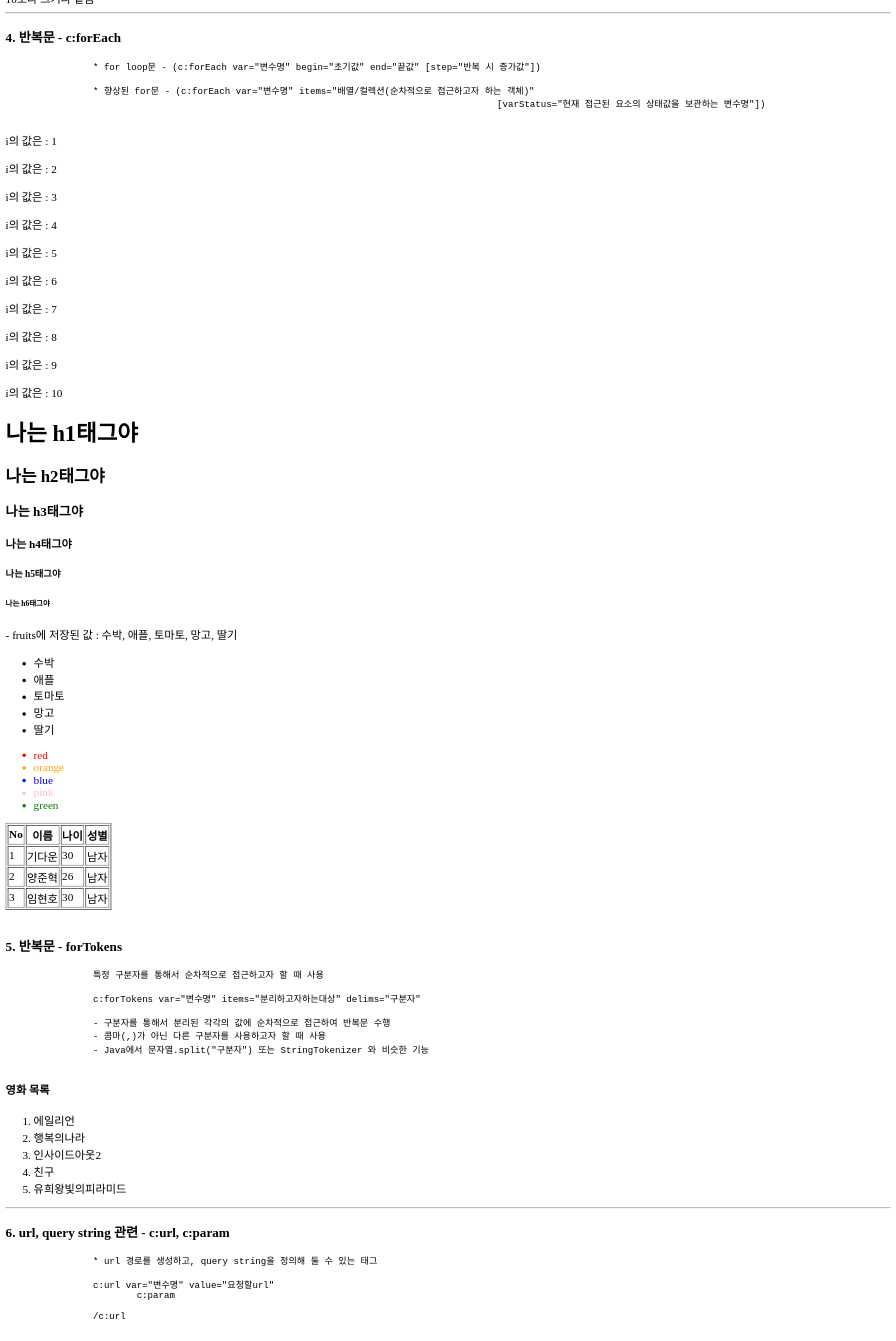
Repository: Developer-Choi-Jae-Young/ServletPractice
Page: http://localhost/3_elAction/views/3_Custom_Action/01_core.jsp
An editor plug-in stored every save of this project. The page is shown before and after the next save, followed by the edit.
The browser window is 1280 px wide. The pictures show the part of the page from y = 1202 to 3122 px (the page is 3118 px tall before and 3122 px after), at 70% of full size.
The page is served by Tomcat 9. Other server files are loaded and not shown.

Above is the page before, as saved 2024-08-27 06:37:32.

### 3_elAction/src/main/webapp/views/3_Custom_Action/01_core.jsp
<%@page import="java.util.ArrayList"%>
<%@page import="com.kh.model.vo.Person"%>
<%@ page language="java" contentType="text/html; charset=UTF-8"
    pageEncoding="UTF-8"%>
<%@ taglib prefix="c" uri="http://java.sun.com/jsp/jstl/core" %>
<!DOCTYPE html>
<html>
<head>
<meta charset="UTF-8">
<title>Custom Action Tag - Core</title>
</head>
<body>
	<h1>JSTL Core Library</h1>

	<h3>1. 변수</h3>
	<pre>
		* 변수 선언과 동시에 초기화 (c:set var="변수명" value="값" [scope="저장객체"])
			- 변수 선언하고 초기화까지의 기능을 제공
			- 해당 변수의 저장된 값을 어떤 scope에 setAttribute를 통해서 담아둘 지 결정
			=> c:set 으로 선언한 변수는 반드시 EL로 접근해야 함!
	</pre>

	<%-- num1 이라는 변수에 10이라는 값을 저장 --%>
	<c:set var="num1" value="10"/> <!-- pageScope.setAttribute("num1", 10) -->

	<%-- request 영역에 num2라는 변수에 20이라는 값을 저장 --%>
	<c:set var="num2" value="20" scope="request"/>

	<p>num1 : ${ num1 }</p>
	<p>num2 : ${ num2 }</p>

	<%-- num1과 num2의 합을 저장한 addNum이라는 변수를 session 영역에 저장 --%>
	<c:set var="addNum" value="${ num1 + num2 }" scope="session"/>

	<p>addNum : ${ addNum }</p>

	<%-- value 속성 대신 시작태그와 종료태그 사이에 초기값 지정 가능 --%>
	<c:set var="result">9999</c:set>

	<p>${ result }</p>

	<c:set var="result" value="7777" scope="request"/>
	<hr>

	<pre>
		* 변수 삭제 (c:remove var="삭제할 변수명" [scope-"삭제하고자하는 영역"])
			- 해당 scope 영역에 저장되어 있는 변수를 찾아 제거하는 태그
			=> 해당 scope에 .removeAttribute() 를 사용하여 제거하는 것과 동일하게 처리됨
	</pre>

	<%-- addNum 변수를 삭제 --%>
	<p>addNum : ${ addNum }</p>
	<c:remove var="addNum" scope="session"/>
	<p> 제거 후 addNum : ${ addNum }</p>
	<p>page scope 에 저장된 result : ${ pageScope.result }</p>
	<p>request scope 에 저장된 result : ${ requestScope.result }</p>

	<c:remove var="result"/>

	<p>scope 속성 없이 제거 : ${ pageScope.result }, ${ requestScope.result }</p>

	<hr>

	<pre>
		* 변수(데이터) 출력 (c:out value="출력하고자 하는 값"
								[default="기본값"]
								[escapeXml="true|false"])
	</pre>

	<%-- addNum에 저장된 값을 출력 --%>
	<c:out value="${ addNum }"/>
	<c:out value="${ addNum }" default="데이터 없음"/>

	<%-- outData라는 변수에 "<b>강조태그!!!</b>" 값을 저장 --%>
	<c:set var="outData" value="<b>강조태그!!!</b>"/>
	<c:out value="${ outData }"/> <%-- escapeXml 속성이 true(기본값) -> 출력데이터에 태그가 포함되어 있는 경우 해석되지 않음 --%>
	<c:out value="${ outData }" escapeXml="false"/>

	<hr>

	<h3>2. 조건문 - if(c:if test="조건식")</h3>
	<pre>
		- Java의 if문과 비슷한 역할을 하는 태그
		- 조건식은 test 속성에 작성 (EL구문을 사용하여 작성)
	</pre>

	<%-- num1이 num2보다 큰가? --%>

	<%-- JSTL로 선언된 변수는 접근 불가 (EL로만 접근 가능)
	<% if(num1 > num2) { %>
	<% } %>
	--%>

	<c:if test="${ num1 > num2 }">
		num1이 num2보다 큽니다.
	</c:if>
	<c:if test="${ num1 lt num2 }">
		num1이 num2보다 작습니다.
	</c:if>
	<br>
	<c:set var="hi" value="안녕"/>
	<%--
			hi 변수에 저장된 값이 "안녕"일 경우 hihihi~ 출력
							  그렇지 않은 경우 byebye 출력
	--%>
	<c:if test="${ hi == '안녕' }">
		hihihi~	<br>
	</c:if>
	<c:if test="${ hi != '안녕' }">
		byebye <br>
	</c:if>

	<hr>

	<h3>3. 조건문 - Choose (c:choose, c:when, c:otherwise)</h3>
	<pre>
		- Java의 if - else, if - else if문과 비슷하게 동작하는 태그
		- 구조
			* c:choose 하위 요소로 c:when, c:otherwise를 사용!
			c:choose
				c:when /c:when
				c:otherwise /c:otherwise
			/c:choose
	</pre>

	<%-- num1의 값이 20보다 크면 "20보다 큼"
					, 10보다 크거나 같으면 "10보다 크거나같음"
					, 그렇지 않으면 "10보다 작음" 을 출력 --%>
	<%--
	<% if(num1 > 20) { %>
		20보다 큼
	<% } else if(num1 >= 10) {%>
	<% } else { %>
	<% } %>
	--%>

	<c:choose>
		<c:when test="${ num1 gt 20 }">20보다 큼</c:when>
		<c:when test="${ num1 ge 10 }">10보다 크거나 같음</c:when>
		<c:otherwise>10보다 작음</c:otherwise>
	</c:choose>

	<hr>
	<h3>4. 반복문 - c:forEach</h3>
	<pre>
		* for loop문 - (c:forEach var="변수명" begin="초기값" end="끝값" [step="반복 시 증가값"])

		* 향상된 for문 - (c:forEach var="변수명" items="배열/컬렉션(순차적으로 접근하고자 하는 객체)"
											  [varStatus="현재 접근된 요소의 상태값을 보관하는 변수명"])
	</pre>
	<%--
	<%
		for(int i=0; i<10; i++) {
	%>
		<p>i의 값은 : <%= i %> </p>
	<% } %>
	--%>
	<c:forEach var="i" begin="1" end="10">
		<p>i의 값은 : ${ i }</p>
	</c:forEach>

	<%-- h1 ~ h6 태그를 출력하는데, "나느 hx태그야" --%>
	<c:forEach var="t" begin="1" end="6">
		<c:out value="<h${ t }>나는 h${ t }태그야</h${ t }>" escapeXml="false"/>
	</c:forEach>

	<c:set var="fruits">
		수박, 애플, 토마토, 망고, 딸기
	</c:set>

	- fruits에 저장된 값 : ${ fruits }

	<ul>
		<c:forEach var="f" items="${ fruits }">
			<li>${ f }</li>
		</c:forEach>
	</ul>

	<%--
		colors라는 변수에 4가지의 색상을 콤마(,)로 구분하여 저장
		목록 태그로 해당 글자 색생을 출력
	 --%>

	 <c:set var="colors">
	 	red, orange, blue, pink, green
	 </c:set>

	 <ul>
	 <c:forEach var="c" items="${ colors }">
	 	<li style="color: ${ c }">${ c }</li>
	 </c:forEach>
	 </ul>

	 <%
	 	ArrayList<Person> list = new ArrayList<>();

	 	list.add(new Person("기다운", 30, "남자"));
	 	list.add(new Person("양준혁", 26, "남자"));
	 	list.add(new Person("임현호", 30, "남자"));
	 %>
	 <%-- request.setAttribute("pList", list); --%>
	 <c:set var="pList" value="<%= list %>" scope="request"/>

	 <table border="1">
	 	<thead>
	 		<tr>
	 			<th>No</th>
	 			<th>이름</th>
	 			<th>나이</th>
	 			<th>성별</th>
	 		</tr>
	 	</thead>
	 	<tbody>
	 		<%--
	 		<% if(list.isEmpty()) { %>
	 			<tr>
	 				<td colspan="4"> 조회된 결과가 없습니다.</td>
	 			</tr>
	 		<% } else { %>
	 		<% for(int i =0; i < list.size(); i++) { %>
	 			<tr>
	 				<td> <%= i %></td>
	 				<td> <%= list.get(i).getName() %></td>
	 				<td> <%= list.get(i).getAge() %></td>
	 				<td> <%= list.get(i).getGender() %></td>
	 			</tr>
	 		<% } %>
	 		<% } %>
	 		 --%>
	 		<c:choose>
	 		<c:when test="${ empty pList }">
	 			<tr>
	 				<td colspan="4"> 조회된 결과가 없습니다.</td>
	 			</tr>
	 		</c:when>
	 		<c:otherwise>
	 			<c:forEach var="p" items="${ pList }" varStatus="s">
	 			<tr>
	 				<td>${ s.count }</td>
	 				<td>${ p.name }</td>
	 				<td>${ p.age }</td>
	 				<td>${ p.gender }</td>
	 			</tr>
			 </c:forEach>
	 		</c:otherwise>
	 		</c:choose>
	 	</tbody>
	 </table>

	 <br>

	 <h3>5. 반복문 - forTokens</h3>
	 <pre>
	 	특정 구분자를 통해서 순차적으로 접근하고자 할 때 사용

	 	c:forTokens var="변수명" items="분리하고자하는대상" delims="구분자"

	 	- 구분자를 통해서 분리된 각각의 값에 순차적으로 접근하여 반복문 수행
	 	- 콤마(,)가 아닌 다른 구분자를 사용하고자 할 때 사용
	 	- Java에서 문자열.split("구분자") 또는 StringTokenizer 와 비슷한 기능
	 </pre>

	 <%-- movie 라는 이름의 변수에 5개 저장 (구분자: / . ,) --%>
	 <c:set var="movie" value="에일리언/행복의나라.인사이드아웃2,친구/유희왕빛의피라미드"/>
	 <h4>영화 목록</h4>
	 <ol>
	 	<c:forTokens var="m" items="${ movie }" delims="/.,">
	 		<li>${ m }</li>
	 	</c:forTokens>
	 </ol>

	 <hr>

	 <h3>6. url, query string 관련 - c:url, c:param</h3>
	 <pre>
	 	* url 경로를 생성하고, query string을 정의해 둘 수 있는 태그

	 	c:url var="변수명" value="요청할url"
	 		c:param

	 	/c:url
	 </pre>
</body>
</html>

### 3_elAction/src/main/java/com/kh/model/vo/Person.java
package com.kh.model.vo;

public class Person {
	private String name;
	private int age;
	private String gender;

	public Person() {

	}

	public Person(String name, int age, String gender) {
		this.name = name;
		this.gender = gender;
		this.age = age;
	}

	public String getName() {
		return name;
	}

	public void setName(String name) {
		this.name = name;
	}

	public int getAge() {
		return age;
	}

	public void setAge(int age) {
		this.age = age;
	}

	public String getGender() {
		return gender;
	}

	public void setGender(String gender) {
		this.gender = gender;
	}

	@Override
	public String toString() {
		return "Person [name=" + name + ", age=" + age + ", gender=" + gender + "]";
	}
}

After the next save:
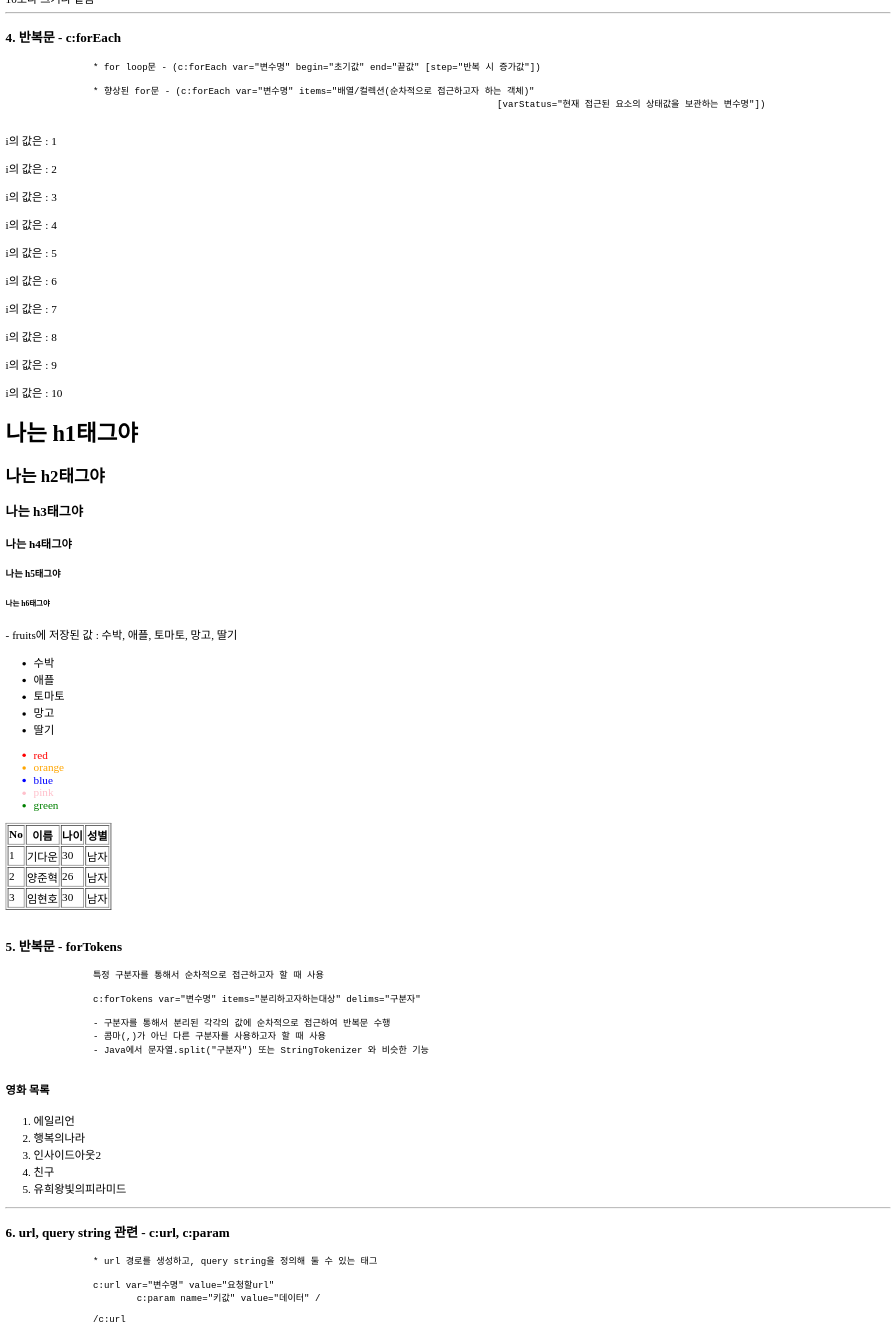
Saved 11 s later.
--- a/3_elAction/src/main/webapp/views/3_Custom_Action/01_core.jsp
+++ b/3_elAction/src/main/webapp/views/3_Custom_Action/01_core.jsp
@@ -276,7 +276,7 @@
 	 	* url 경로를 생성하고, query string을 정의해 둘 수 있는 태그
 
 	 	c:url var="변수명" value="요청할url"
-	 		c:param
+	 		c:param name="키값" value="데이터" /
 
 	 	/c:url
 	 </pre>
